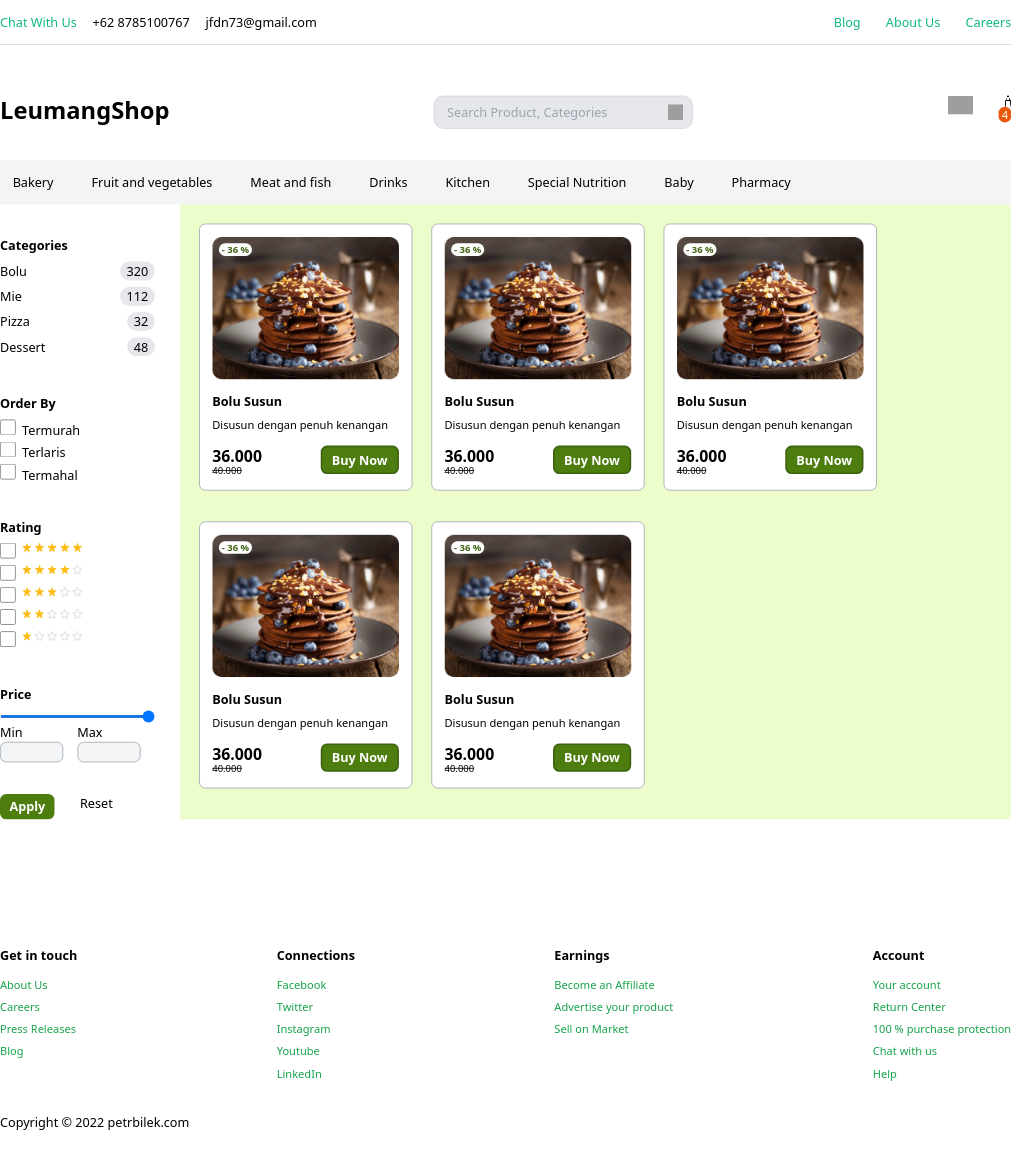
Repository: jafetdn73/ecommerce-tailwind
Page: /
These files come from the project's save history. The page is drawn as it stood at one moment and after the next save; the edit follows.
The browser window is 1280 px wide. The pictures show the whole page, at 79% of full size.
Pictures or frames that could not be fetched are drawn as grey boxes. The project was rebuilt for these pictures with package versions that can differ from the ones it lists, and the page was loaded fresh each time. Also part of the build but not shown: src/App.css.

Above is the page before, as saved 2022-03-14 15:53:38.

### src/App.js
import "./App.css";

function App() {
  return (
    <div className="bg-white container mx-auto">
      <div className="flex justify-between py-4 border-b border-gray-300">
        <div className="flex gap-5">
          <a href="http://google.com" className="text-emerald-500">
            Chat With Us
          </a>
          <a href="http://facebook.com">+62 8785100767</a>
          <a href="http://ggogl.com">jfdn73@gmail.com</a>
        </div>

        <div className="">
          <ul className="flex gap-8 text-emerald-500">
            <li>Blog</li>
            <li>About Us</li>
            <li>Careers</li>
          </ul>
        </div>
      </div>

      <div className="flex justify-between mt-16">
        <h1 className="text-3xl font-bold">LeumangShop</h1>
        <div className="flex w-full justify-center items-center">
          <input
            type="text"
            placeholder="Search Product, Categories"
            className="w-1/3 border border-gray-300 bg-gray-200 rounded-xl pl-4 py-2"
          />
          <img src="/images/search-icon.png" alt="search" className="w-5 h-5 -ml-8"/>
        </div>
        <div className="flex gap-10">
          <img src="/images/user-icon.png" alt="user" className="w-8 h-6"/>
          <div className="relative">
            <img src="/images/cart-icon.png" alt="icon" className="w-8 h-6"/>
            <label className="absolute bottom-2 -left-2 bg-orange-600 text-white py-0.25 px-1 rounded-full text-sm">4</label>
          </div>
        </div>
      </div>

      <div className="bg-gray-100 mt-10 py-4 pl-4 text-base font-medium">
        <ul className="flex gap-12">
          <li>Bakery</li>
          <li>Fruit and vegetables</li>
          <li>Meat and fish</li>
          <li>Drinks</li>
          <li>Kitchen</li>
          <li>Special Nutrition</li>
          <li>Baby</li>
          <li>Pharmacy</li>
        </ul>
        </div>

      {/* Container Wrapper */}
      <div className="flex gap-4">
        {/* Side Bar Container */}
        <div className="flex flex-col w-60" >
          {/* Categories Container */}
          <div className="flex flex-col mt-10">
            <h1 className="font-bold text-base mb-2">Categories</h1>
            <ul>
              <div className="flex justify-between">
                <li>Bolu</li><label className="mb-2 bg-gray-200 pl-2 pr-2 rounded-xl">320</label>
              </div>
              <div className="flex justify-between">
                <li>Mie</li><label className="mb-2 bg-gray-200 pl-2 pr-2 rounded-xl">112</label>
              </div>
              <div className="flex justify-between">
                <li>Pizza</li><label className="mb-2 bg-gray-200 pl-2 pr-2 rounded-xl">32</label>
              </div>
              <div className="flex justify-between">
                <li>Dessert</li><label className="mb-2 bg-gray-200 pl-2 pr-2 rounded-xl">48</label>
              </div>
            </ul>
          </div>
          {/* Order By Categories */}
          <div className="flex flex-col mt-10">
            <h1 className="font-bold mb-2">Order By</h1>
           <div>
              <input type="checkbox" className="accent-lime-700 w-5 h-5 mr-2 mb-2"></input>
              <span className="mb-1">Termurah</span>
          </div>
          <div>
            <input type="checkbox"  className="accent-lime-700 w-5 h-5 mr-2 mb-2"></input>
            <label>Terlaris</label>
          </div>
          <div>
            <input type="checkbox"  className="accent-lime-700 w-5 h-5 mr-2 mb-2"></input>
            <label>Termahal</label>
          </div>
          </div>
          {/* Rating Container */}
          <div className="flex flex-col mt-10">
            <h1 className="font-bold mb-2">Rating</h1>
           <div  className="flex">
             <input type="checkbox" className="accent-lime-700 w-5 h-5 mr-2 mb-2">
               </input>
               <div className="flex w-3 h-3 gap-1">
                 <img src="images/rate-star.png" alt="rate-star"/>
                 <img src="images/rate-star.png" alt="rate-star"/>
                 <img src="images/rate-star.png" alt="rate-star"/>
                 <img src="images/rate-star.png" alt="rate-star"/>
                 <img src="images/rate-star.png" alt="rate-star"/>
                 </div>
          </div>
          <div  className="flex">
             <input type="checkbox" className="accent-lime-700 w-5 h-5 mr-2 mb-2">
               </input>
               <div className="flex w-3 h-3 gap-1">
                 <img src="images/rate-star.png" alt="rate-star"/>
                 <img src="images/rate-star.png" alt="rate-star"/>
                 <img src="images/rate-star.png" alt="rate-star"/>
                 <img src="images/rate-star.png" alt="rate-star"/>
                 <img src="images/unrate-star.png" alt="unrate-star"/>
                 </div>
          </div>
          <div  className="flex">
             <input type="checkbox" className="accent-lime-700 w-5 h-5 mr-2 mb-2">
               </input>
               <div className="flex w-3 h-3 gap-1">
                 <img src="images/rate-star.png" alt="rate-star"/>
                 <img src="images/rate-star.png" alt="rate-star"/>
                 <img src="images/rate-star.png" alt="rate-star"/>
                 <img src="images/unrate-star.png" alt="unrate-star"/>
                 <img src="images/unrate-star.png" alt="unrate-star"/>
                 </div>
          </div>
          <div  className="flex">
             <input type="checkbox" className="accent-lime-700 w-5 h-5 mr-2 mb-2">
               </input>
               <div className="flex w-3 h-3 gap-1">
                 <img src="images/rate-star.png" alt="rate-star"/>
                 <img src="images/rate-star.png" alt="rate-star"/>
                 <img src="images/unrate-star.png" alt="unrate-star"/>
                 <img src="images/unrate-star.png" alt="unrate-star"/>
                 <img src="images/unrate-star.png" alt="unrate-star"/>
                 </div>
          </div>
          <div  className="flex">
             <input type="checkbox" className="accent-lime-700 w-5 h-5 mr-2 mb-2">
               </input>
               <div className="flex w-3 h-3 gap-1">
                 <img src="images/rate-star.png" alt="rate-star"/>
                 <img src="images/unrate-star.png" alt="unrate-star"/>
                 <img src="images/unrate-star.png" alt="unrate-star"/>
                 <img src="images/unrate-star.png" alt="unrate-star"/>
                 <img src="images/unrate-star.png" alt="unrate-star"/>
                 </div>
          </div>

          </div>
          {/* Price Container */}
          <div className="flex flex-col mt-10">
          <h1 className="font-bold">Price</h1>
          <div><input
                type="range"
                className="w-full h-1 p-0 bg-gray-200 focus:outline-none focus:ring-0 focus:shadow-sm"
                min="0"
                max="5"
              />
           </div>
           <div className="flex">
             <div className="w-2/4"><label>Min</label><br></br><input className="w-20 bg-gray-100 border border-gray-400 rounded-lg" type="text"/></div>
             <div  className="w-2/4"><label>Max</label><br></br><input className="w-20 bg-gray-100 border border-gray-400 rounded-lg" type="text"/></div>
           </div>
          </div>
          <div className="flex mt-10">
            <button className="py-1 px-3 mr-8 rounded-lg font-bold bg-lime-700 text-white">Apply</button><label>Reset</label></div>
        </div>
        <div className="bg-gray-100">
          <div className="bg-yellow-100">
          </div>
        </div>
        {/* Container Content */}
        <div className="flex flex-wrap bg-lime-100 w-full p-6 gap-6" >

          <div className="w-70 h-fit p-4 bg-white border border-gray-400 rounded-lg">
            <div className="flex relative">
              <img src="images/bolu-susun.png" alt="bolu-susun" width="236" height="180"/>
              <label className="text-lime-800 font-bold text-xs ml-2 absolute bottom-26 left-0 bg-white mt-2 mb-2 pl-1 pr-1 rounded-xl">- 36 %</label>
            </div>
            <div>
            <h1 className="font-bold text-base mt-4 mb-2">Bolu Susun</h1>
            <p className="text-sm">Disusun dengan penuh kenangan</p>
            </div>
            <div className="flex justify-between mt-4">
              <div className="flex flex-col">
                <label className="font-bold text-xl">36.000</label>
                <label className="line-through text-xs -mt-1">40.000</label>
              </div>
              <div>
                <button className="py-1 px-3 rounded-lg font-bold border-2 border-lime-800 bg-lime-700 text-white">Buy Now</button>
              </div>
            </div>
          </div>

          <div className="w-70 h-fit p-4 bg-white border border-gray-400 rounded-lg">
            <div className="flex relative">
              <img src="images/bolu-susun.png" alt="bolu-susun" width="236" height="180"/>
              <label className="text-lime-800 font-bold text-xs ml-2 absolute bottom-26 left-0 bg-white mt-2 mb-2 pl-1 pr-1 rounded-xl">- 36 %</label>
            </div>
            <div>
            <h1 className="font-bold text-base mt-4 mb-2">Bolu Susun</h1>
            <p className="text-sm">Disusun dengan penuh kenangan</p>
            </div>
            <div className="flex justify-between mt-4">
              <div className="flex flex-col">
                <label className="font-bold text-xl">36.000</label>
                <label className="line-through text-xs -mt-1">40.000</label>
              </div>
              <div>
                <button className="py-1 px-3 rounded-lg font-bold border-2 border-lime-800 bg-lime-700 text-white">Buy Now</button>
              </div>
            </div>
          </div>

          <div className="w-70 h-fit p-4 bg-white border border-gray-400 rounded-lg">
            <div className="flex relative">
              <img src="images/bolu-susun.png" alt="bolu-susun" width="236" height="180"/>
              <label className="text-lime-800 font-bold text-xs ml-2 absolute bottom-26 left-0 bg-white mt-2 mb-2 pl-1 pr-1 rounded-xl">- 36 %</label>
            </div>
            <div>
            <h1 className="font-bold text-base mt-4 mb-2">Bolu Susun</h1>
            <p className="text-sm">Disusun dengan penuh kenangan</p>
            </div>
            <div className="flex justify-between mt-4">
              <div className="flex flex-col">
                <label className="font-bold text-xl">36.000</label>
                <label className="line-through text-xs -mt-1">40.000</label>
              </div>
              <div>
                <button className="py-1 px-3 rounded-lg font-bold border-2 border-lime-800 bg-lime-700 text-white">Buy Now</button>
              </div>
            </div>
          </div>

          <div className="w-70 h-fit p-4 bg-white border border-gray-400 rounded-lg">
            <div className="flex relative">
              <img src="images/bolu-susun.png" alt="bolu-susun" width="236" height="180"/>
              <label className="text-lime-800 font-bold text-xs ml-2 absolute bottom-26 left-0 bg-white mt-2 mb-2 pl-1 pr-1 rounded-xl">- 36 %</label>
            </div>
            <div>
            <h1 className="font-bold text-base mt-4 mb-2">Bolu Susun</h1>
            <p className="text-sm">Disusun dengan penuh kenangan</p>
            </div>
            <div className="flex justify-between mt-4">
              <div className="flex flex-col">
                <label className="font-bold text-xl">36.000</label>
                <label className="line-through text-xs -mt-1">40.000</label>
              </div>
              <div>
                <button className="py-1 px-3 rounded-lg font-bold border-2 border-lime-800 bg-lime-700 text-white">Buy Now</button>
              </div>
            </div>
          </div>

          <div className="w-70 h-fit p-4 bg-white border border-gray-400 rounded-lg">
            <div className="flex relative">
              <img src="images/bolu-susun.png" alt="bolu-susun" width="236" height="180"/>
              <label className="text-lime-800 font-bold text-xs ml-2 absolute bottom-26 left-0 bg-white mt-2 mb-2 pl-1 pr-1 rounded-xl">- 36 %</label>
            </div>
            <div>
            <h1 className="font-bold text-base mt-4 mb-2">Bolu Susun</h1>
            <p className="text-sm">Disusun dengan penuh kenangan</p>
            </div>
            <div className="flex justify-between mt-4">
              <div className="flex flex-col">
                <label className="font-bold text-xl">36.000</label>
                <label className="line-through text-xs -mt-1">40.000</label>
              </div>
              <div>
                <button className="py-1 px-3 rounded-lg font-bold border-2 border-lime-800 bg-lime-700 text-white">Buy Now</button>
              </div>
            </div>
          </div>

          {/* <div className="w-70 h-fit p-4 bg-white border border-gray-400 rounded-lg">
            <div className="flex relative">
              <img src="images/bolu-susun.png" alt="bolu-susun" width="236" height="180"/>
              <label className="text-lime-800 font-bold text-xs ml-2 absolute bottom-26 left-0 bg-white mt-2 mb-2 pl-1 pr-1 rounded-xl">- 36 %</label>
            </div>
            <div>
            <h1 className="font-bold text-base mt-4 mb-2">Bolu Susun</h1>
            <p className="text-sm">Disusun dengan penuh kenangan</p>
            </div>
            <div className="flex justify-between mt-4">
              <div className="flex flex-col">
                <label className="font-bold text-xl">36.000</label>
                <label className="line-through text-xs -mt-1">40.000</label>
              </div>
              <div>
                <button className="py-1 px-3 rounded-lg font-bold border-2 border-lime-800 bg-lime-700 text-white">Buy Now</button>
              </div>
            </div>
          </div> */}

        </div>
      </div>

      {/* footer */}
      <div className="flex justify-between mb-8 mt-40">

<div className="">
  <h2 className="font-bold mb-4">Get in touch</h2>
  <ul className="text-sm text-green-600">
    <li className="mb-2">About Us</li>
    <li className="mb-2">Careers</li>
    <li className="mb-2">Press Releases</li>
    <li className="mb-2">Blog</li>
  </ul>
</div>

<div className="">
  <h2 className="font-bold mb-4">Connections</h2>
  <ul className="text-sm text-green-600">
    <li className="mb-2">Facebook</li>
    <li className="mb-2">Twitter</li>
    <li className="mb-2">Instagram</li>
    <li className="mb-2">Youtube</li>
    <li className="mb-2">LinkedIn</li>
  </ul>
</div>

<div className="">
  <h2 className="font-bold mb-4">Earnings</h2>
  <ul className="text-sm text-green-600">
    <li className="mb-2">Become an Affiliate</li>
    <li className="mb-2">Advertise your product</li>
    <li className="mb-2">Sell on Market</li>
  </ul>
</div>

<div className="">
  <h2 className="font-bold mb-4">Account</h2>
  <ul className="text-sm text-green-600">
    <li className="mb-2">Your account</li>
    <li className="mb-2">Return Center</li>
    <li className="mb-2">100 % purchase protection</li>
    <li className="mb-2">Chat with us</li>
    <li className="mb-2">Help</li>
  </ul>
</div>

</div>

{/* copyright */}
<div className="mb-10">
<h4>Copyright &copy; 2022 petrbilek.com</h4>
</div>

    </div>
  );
}

export default App;

Loaded but not shown: public/index.html (common file); src/index.js (common file); src/index.css (common file); src/reportWebVitals.js (common file); tailwind.config.js (common file)

After the next save:
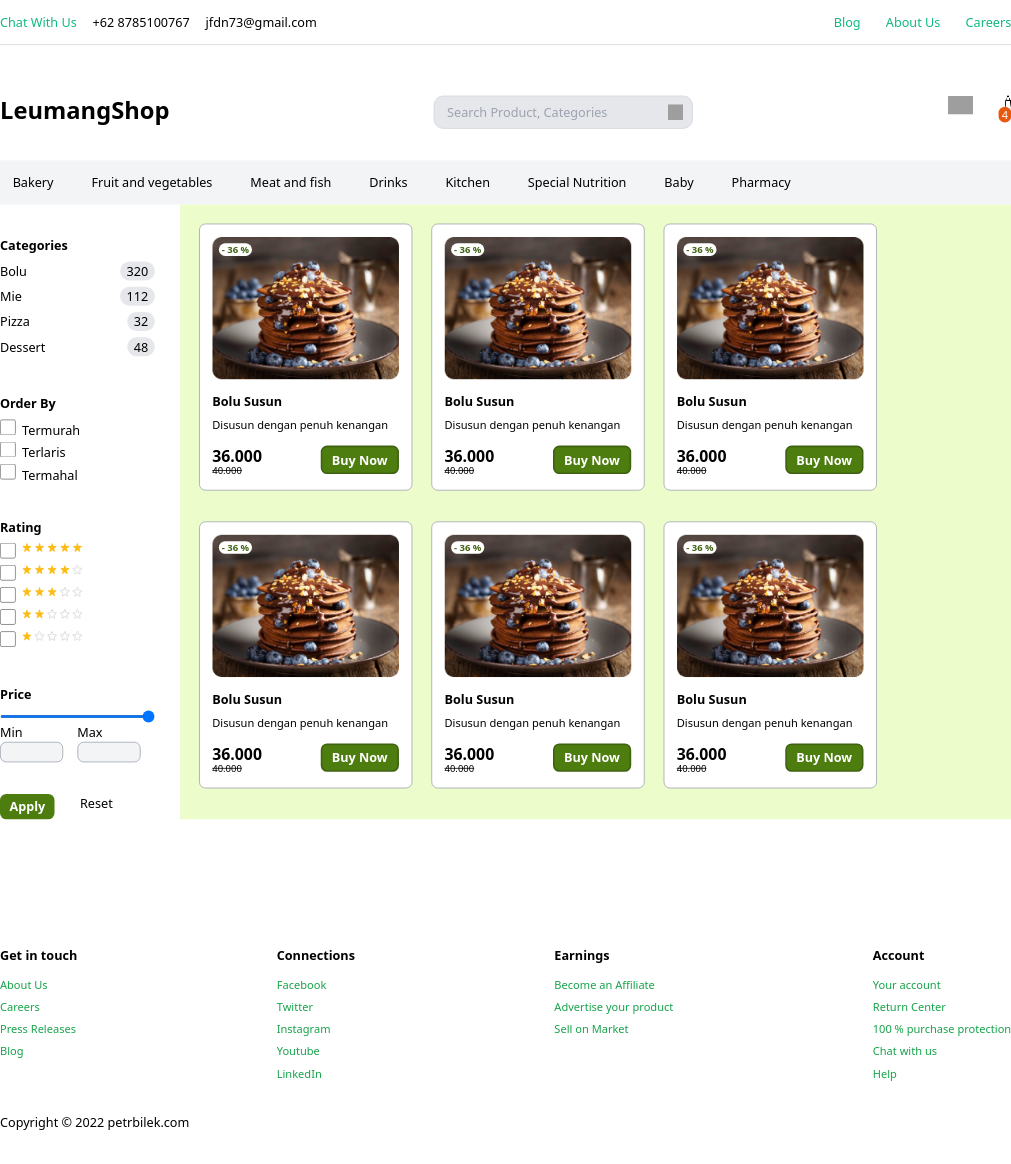
Saved 24 s later.
--- a/src/App.js
+++ b/src/App.js
@@ -276,25 +276,25 @@ function App() {
             </div>
           </div>
 
-          {/* <div className="w-70 h-fit p-4 bg-white border border-gray-400 rounded-lg">
-            <div className="flex relative">
-              <img src="images/bolu-susun.png" alt="bolu-susun" width="236" height="180"/>
-              <label className="text-lime-800 font-bold text-xs ml-2 absolute bottom-26 left-0 bg-white mt-2 mb-2 pl-1 pr-1 rounded-xl">- 36 %</label>
-            </div>
-            <div>
-            <h1 className="font-bold text-base mt-4 mb-2">Bolu Susun</h1>
-            <p className="text-sm">Disusun dengan penuh kenangan</p>
-            </div>
-            <div className="flex justify-between mt-4">
-              <div className="flex flex-col">
-                <label className="font-bold text-xl">36.000</label>
-                <label className="line-through text-xs -mt-1">40.000</label>
-              </div>
-              <div>
-                <button className="py-1 px-3 rounded-lg font-bold border-2 border-lime-800 bg-lime-700 text-white">Buy Now</button>
-              </div>
-            </div>
-          </div> */}
+          <div className="w-70 h-fit p-4 bg-white border border-gray-400 rounded-lg">
+            <div className="flex relative">
+              <img src="images/bolu-susun.png" alt="bolu-susun" width="236" height="180"/>
+              <label className="text-lime-800 font-bold text-xs ml-2 absolute bottom-26 left-0 bg-white mt-2 mb-2 pl-1 pr-1 rounded-xl">- 36 %</label>
+            </div>
+            <div>
+            <h1 className="font-bold text-base mt-4 mb-2">Bolu Susun</h1>
+            <p className="text-sm">Disusun dengan penuh kenangan</p>
+            </div>
+            <div className="flex justify-between mt-4">
+              <div className="flex flex-col">
+                <label className="font-bold text-xl">36.000</label>
+                <label className="line-through text-xs -mt-1">40.000</label>
+              </div>
+              <div>
+                <button className="py-1 px-3 rounded-lg font-bold border-2 border-lime-800 bg-lime-700 text-white">Buy Now</button>
+              </div>
+            </div>
+          </div>
 
         </div>
       </div>
